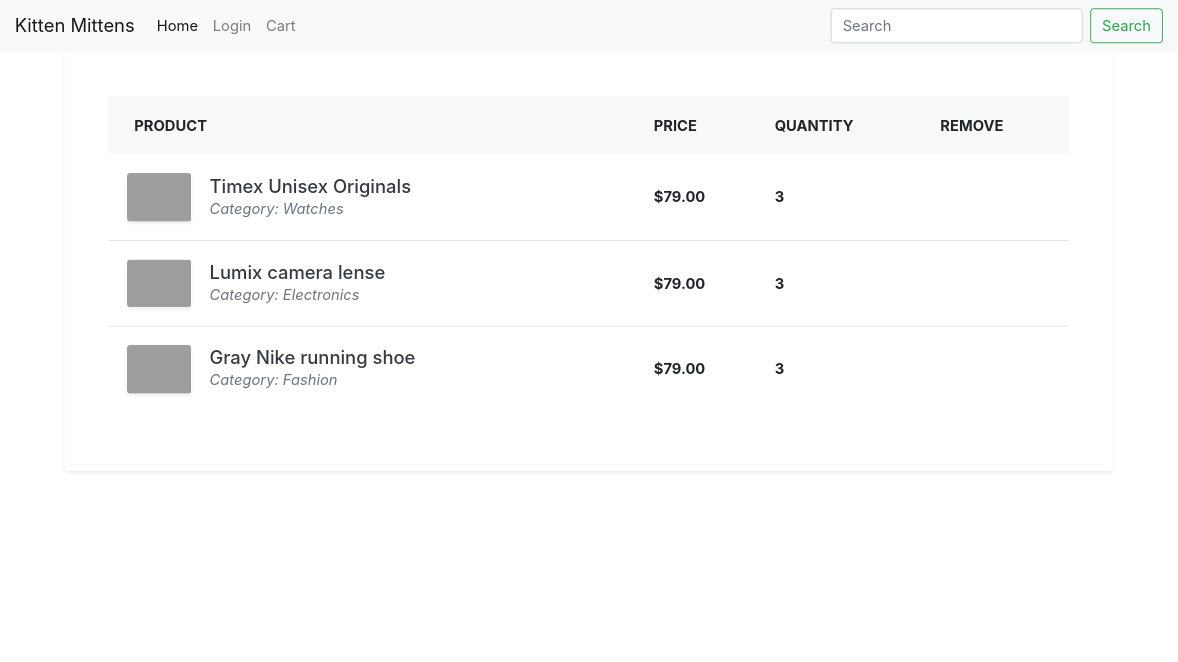
Repository: Janellle/KittenMittens
Page: http://localhost/cart
The author's editor kept a record of every edit. The page is drawn from the files as they stood at one moment, then again after the next edit.
The browser window is 1280 px wide. The pictures show the whole page, at 92% of full size.
Pictures or frames that could not be fetched are drawn as grey boxes. The page is served by the project's Node server (app.js).

Above is the page before.
Not found: rps.js

### views/cart.ejs
<!DOCTYPE html>
<html>
    <head>
        <title> Kitten Mittens: Cart</title>
        <script language="javascript" type="text/javascript" src="rps.js"></script>
        <link rel="stylesheet" href="https://stackpath.bootstrapcdn.com/bootstrap/4.4.1/css/bootstrap.min.css" integrity="sha384-Vkoo8x4CGsO3+Hhxv8T/Q5PaXtkKtu6ug5TOeNV6gBiFeWPGFN9MuhOf23Q9Ifjh" crossorigin="anonymous">
    </head>

    <body>
        <nav class="navbar navbar-expand-lg navbar-light bg-light">
              <a class="navbar-brand" href="#">Kitten Mittens</a>
              <button class="navbar-toggler" type="button" data-toggle="collapse" data-target="#navbarTogglerDemo02" aria-controls="navbarTogglerDemo02" aria-expanded="false" aria-label="Toggle navigation">
                <span class="navbar-toggler-icon"></span>
              </button>

              <div class="collapse navbar-collapse" id="navbarTogglerDemo02">
                <ul class="navbar-nav mr-auto mt-2 mt-lg-0">
                  <li class="nav-item active">
                    <a class="nav-link" href="/">Home</a>
                  </li>
                  <li class="nav-item">
                    <a class="nav-link" href="/login">Login</a>
                  </li>
                  <li class="nav-item">
                    <a class="nav-link" href="/cart">Cart</a>
                  </li>
                </ul>
            <form class="form-inline my-2 my-lg-0">
              <input class="form-control mr-sm-2" type="search" placeholder="Search">
                <button class="btn btn-outline-success my-2 my-sm-0" type="submit">Search</button>
            </form>
              </div>
        </nav>
      <div class="px-4 px-lg-0">
  <div class="pb-5">
    <div class="container">
      <div class="row">
        <div class="col-lg-12 p-5 bg-white rounded shadow-sm mb-5">

          <!-- Shopping cart table -->
          <div class="table-responsive">
            <table class="table">
              <thead>
                <tr>
                  <th scope="col" class="border-0 bg-light">
                    <div class="p-2 px-3 text-uppercase">Product</div>
                  </th>
                  <th scope="col" class="border-0 bg-light">
                    <div class="py-2 text-uppercase">Price</div>
                  </th>
                  <th scope="col" class="border-0 bg-light">
                    <div class="py-2 text-uppercase">Quantity</div>
                  </th>
                  <th scope="col" class="border-0 bg-light">
                    <div class="py-2 text-uppercase">Remove</div>
                  </th>
                </tr>
              </thead>
              <tbody>
                <tr>
                  <th scope="row" class="border-0">
                    <div class="p-2">
                      <img src="https://res.cloudinary.com/mhmd/image/upload/v1556670479/product-1_zrifhn.jpg" alt="" width="70" class="img-fluid rounded shadow-sm">
                      <div class="ml-3 d-inline-block align-middle">
                        <h5 class="mb-0"> <a href="#" class="text-dark d-inline-block align-middle">Timex Unisex Originals</a></h5><span class="text-muted font-weight-normal font-italic d-block">Category: Watches</span>
                      </div>
                    </div>
                  </th>
                  <td class="border-0 align-middle"><strong>$79.00</strong></td>
                  <td class="border-0 align-middle"><strong>3</strong></td>
                  <td class="border-0 align-middle"><a href="#" class="text-dark"><i class="fa fa-trash"></i></a></td>
                </tr>
                <tr>
                  <th scope="row">
                    <div class="p-2">
                      <img src="https://res.cloudinary.com/mhmd/image/upload/v1556670479/product-3_cexmhn.jpg" alt="" width="70" class="img-fluid rounded shadow-sm">
                      <div class="ml-3 d-inline-block align-middle">
                        <h5 class="mb-0"><a href="#" class="text-dark d-inline-block">Lumix camera lense</a></h5><span class="text-muted font-weight-normal font-italic">Category: Electronics</span>
                      </div>
                    </div>
                  </th>
                  <td class="align-middle"><strong>$79.00</strong></td>
                  <td class="align-middle"><strong>3</strong></td>
                  <td class="align-middle"><a href="#" class="text-dark"><i class="fa fa-trash"></i></a>
                  </td>
                </tr>
                <tr>
                  <th scope="row">
                    <div class="p-2">
                      <img src="https://res.cloudinary.com/mhmd/image/upload/v1556670479/product-2_qxjis2.jpg" alt="" width="70" class="img-fluid rounded shadow-sm">
                      <div class="ml-3 d-inline-block align-middle">
                        <h5 class="mb-0"> <a href="#" class="text-dark d-inline-block">Gray Nike running shoe</a></h5><span class="text-muted font-weight-normal font-italic">Category: Fashion</span>
                      </div>
                    </div>
                    <td class="align-middle"><strong>$79.00</strong></td>
                    <td class="align-middle"><strong>3</strong></td>
                    <td class="align-middle"><a href="#" class="text-dark"><i class="fa fa-trash"></i></a>
                    </td>
                </tr>
              </tbody>
            </table>
          </div>
          <!-- End -->
        </div>
      </div>
    </body>
</html>

### app.js
const express = require("express");
const mysql   = require("mysql");
const app = express();
const {Client} = require('pg');
//const session = require('express-session');

app.set("view engine", "ejs");
app.use(express.static("public")); //folder for images, css, js
app.use(express.urlencoded()); //use to parse data sent using the POST method

app.get("/", async function(req, res){
    res.render("index");
}); //root

app.get("/login", async function(req, res){
    res.render("login");

}); // login

app.get("/search", async function(req, res){
    res.render("search");
}); // search

app.get("/cart", function(req,res){
    res.render("cart");
});

/*
app.get("/cart", async function(req, res){
    let rows = await getCartShoes();
    //let rowsSecond = await getCartNonPlanets();
    //res.render("cart", {"cartPlanets":rows, "cartNonPlanets":rowsSecond});
    res.render("cart", {"cartShoes":rows})
});

app.get("/clearCart", async function(req, res){
    clearCart();
    let rows = await getCartShoes();
    res.render("cart", {"cartShoes":rows});
});
*/

//values in red must be updated
function dbConnection(){

   let conn = mysql.createConnection({
                 host: "ec2-18-213-176-229.compute-1.amazonaws.com",
                 user: "hptikosghjykbf",
             password: "78470a52c982fe07849cb7585b2aa82144e535734f330c003241e864cc9995e1",
             database: "ddgvmc8jol14f9"
       }); //createConnection

return conn;

}

//starting server
app.listen(process.env.PORT, process.env.IP, function(){
console.log("Express server is running...");
});

After the next edit:
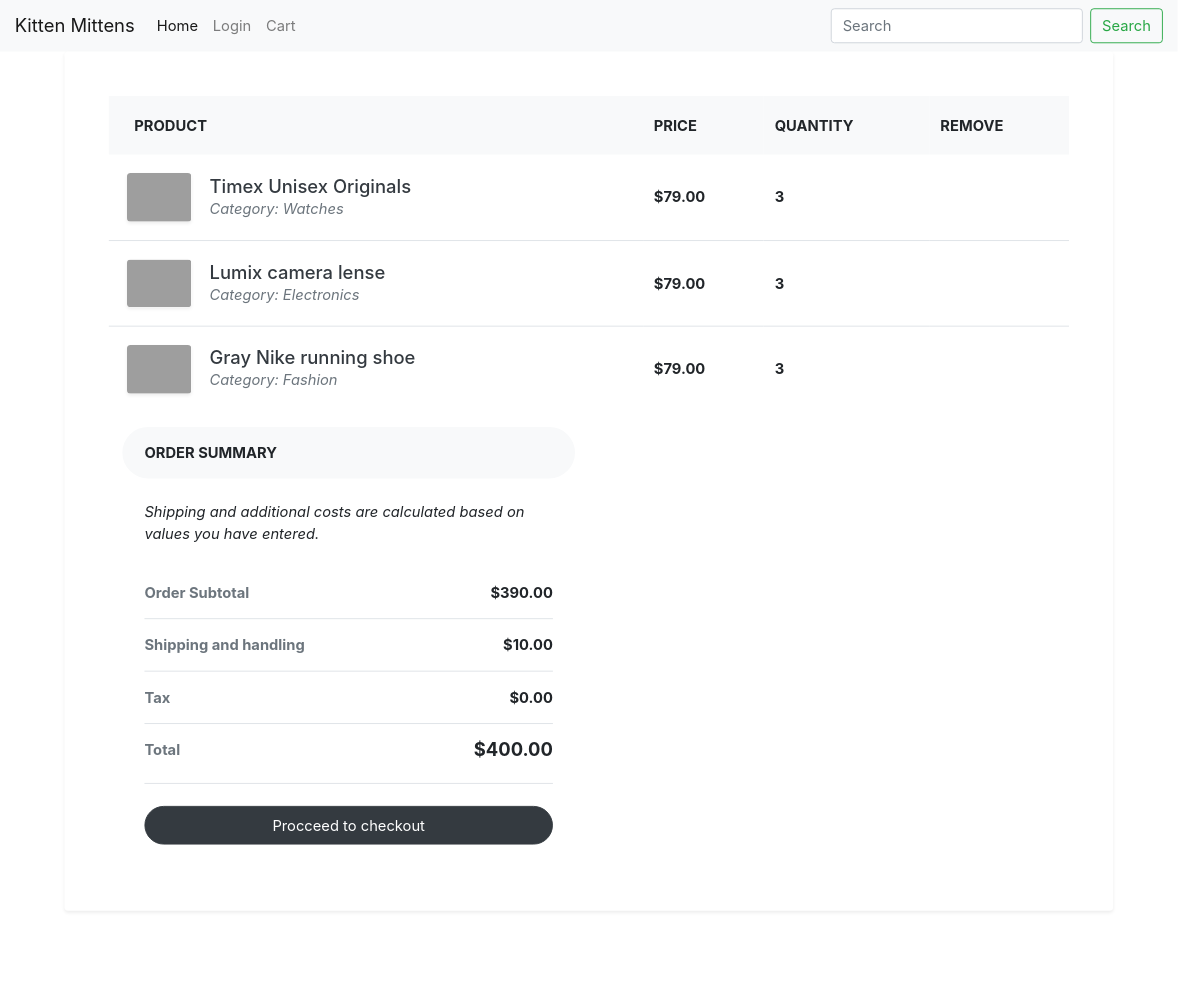
The edit:
--- a/views/cart.ejs
+++ b/views/cart.ejs
@@ -100,6 +100,26 @@
               </tbody>
             </table>
           </div>
+          <div class="col-lg-2">
+        </div>
+        <div class="col-lg-6">
+          <div class="bg-light rounded-pill px-4 py-3 text-uppercase font-weight-bold">Order summary </div>
+          <div class="p-4">
+            <p class="font-italic mb-4">Shipping and additional costs are calculated based on values you have entered.</p>
+            <ul class="list-unstyled mb-4">
+              <li class="d-flex justify-content-between py-3 border-bottom"><strong class="text-muted">Order Subtotal </strong><strong>$390.00</strong></li>
+              <li class="d-flex justify-content-between py-3 border-bottom"><strong class="text-muted">Shipping and handling</strong><strong>$10.00</strong></li>
+              <li class="d-flex justify-content-between py-3 border-bottom"><strong class="text-muted">Tax</strong><strong>$0.00</strong></li>
+              <li class="d-flex justify-content-between py-3 border-bottom"><strong class="text-muted">Total</strong>
+                <h5 class="font-weight-bold">$400.00</h5>
+              </li>
+            </ul><a href="#" class="btn btn-dark rounded-pill py-2 btn-block">Procceed to checkout</a>
+          </div>
+        </div>
+      </div>
+
+    </div>
+  </div>
           <!-- End -->
         </div>
       </div>
